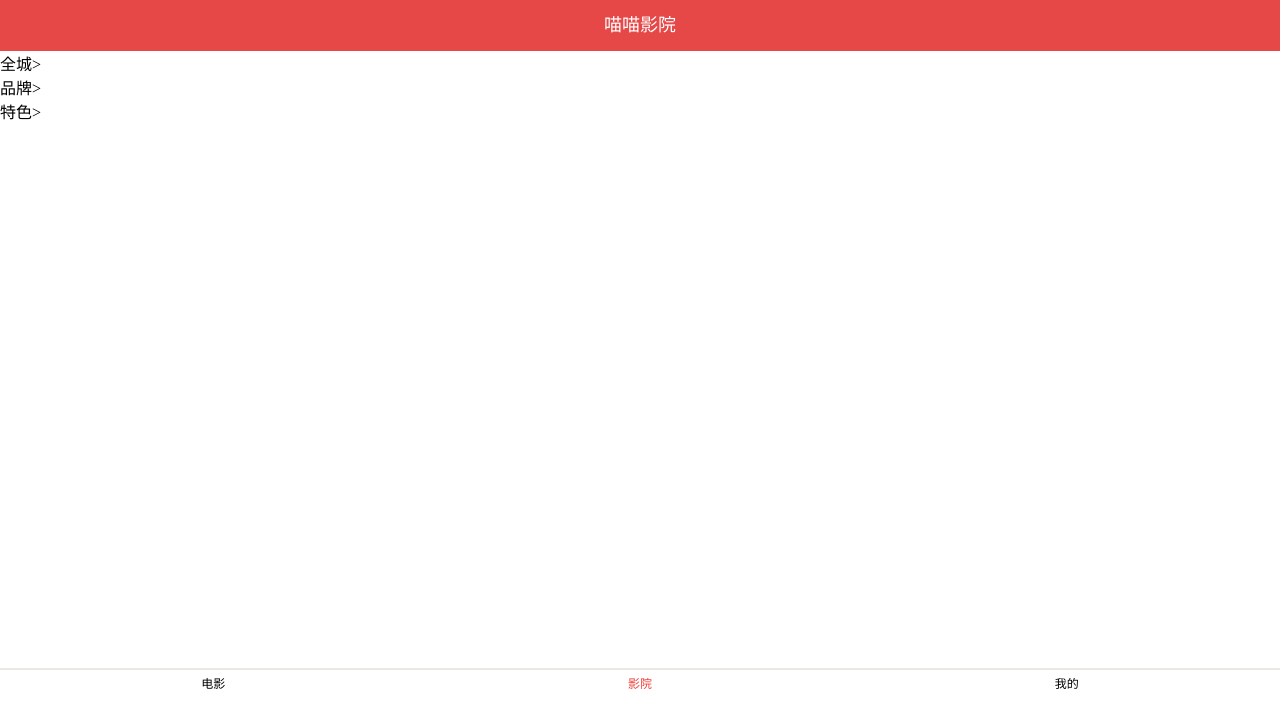
Repository: X-J-0/miaomiao_film
Page: /cinema (app in miaomiao/)
An editor plug-in stored every save of this project. The page is shown before and after the next save, followed by the edit.
The browser window is 1280 px wide. The pictures show the whole page.
The project was rebuilt for these pictures with package versions that can differ from the ones it lists, and the page was loaded fresh each time. Also part of the build but not shown: miaomiao/src/components/Allocate/index.vue. Imported but missing from the stored project, and not drawn on this page: miaomiao/src/components/Brand, miaomiao/src/components/Special.

Above is the page before, as saved 2020-03-24 19:35:49.

### miaomiao/public/index.html
<!DOCTYPE html>
<html lang="en">
  <head>
    <meta charset="utf-8">
    <meta http-equiv="X-UA-Compatible" content="IE=edge">
    <meta name="viewport" content="width=device-width,initial-scale=1.0,user-scalable=no">
    <link rel="icon" href="<%= BASE_URL %>favicon.ico">
    <link rel="stylesheet" href="<%= BASE_URL %>css/common.css">
    <!-- <link rel="stylesheet" href="<%= BASE_URL %>css/common.css"> -->
    <title><%= htmlWebpackPlugin.options.title %></title>
  </head>
  <body>
    <noscript>
      <strong>We're sorry but <%= htmlWebpackPlugin.options.title %> doesn't work properly without JavaScript enabled. Please enable it to continue.</strong>
    </noscript>
    <div id="app"></div>
    <!-- built files will be auto injected -->
  </body>
</html>

### miaomiao/src/App.vue
<template>
    <keep-alive>
        <router-view/>
    </keep-alive>
</template>

<style lang="scss">
</style>

### miaomiao/src/router/index.js
import Vue from 'vue'
import VueRouter from 'vue-router'
import movieRouter from './movie'
import mineRouter from './mine'
import cinemaRouter from './cinema'

Vue.use(VueRouter)


const router = new VueRouter({
  mode: 'history',
  base: process.env.BASE_URL,
  routes: [
    movieRouter,
    mineRouter,
    cinemaRouter,
    {
      path:'/*',
      redirect:'/movie'
    }
  ]
})

export default router

### miaomiao/src/router/movie/index.js
export default {
    path:'/movie',
    component : () => import('@/views/Movie'),
    children:[
        {
            path:'city',
            component:()=>import('@/components/City')
        },
        {
            path:'nowPlaying',
            component:()=>import('@/components/NowPlaying')
        },
        {
            path:'comingSoon',
            component:()=>import('@/components/ComingSoon')
        },
        {
            path:'search',
            component:()=>import('@/components/Search')
        },
        {
            path:'/movie',
            redirect:'/movie/nowPlaying'
        }
    ]
}

### miaomiao/src/router/mine/index.js
export default {
    path:'/mine',
    component : () => import('@/views/Mine'),
    children:[
        {
            path:'center',
            component:()=>import('@/views/Mine/center.vue')
        },
        {
            path:'login',
            component:()=>import('@/components/Login')
        },
        {
            path:'register',
            component:()=>import('@/components/Register')
        },
        {
            path:'findPassword',
            component:()=>import('@/components/FindPassword')
        },
        {
            path:'/mine',
            redirect:'center'
        }
    ]
}

### miaomiao/src/router/cinema/index.js
export default {
    path:'/cinema',
    component : () => import('@/views/Cinema'),
    children:[
        {
            path:'allocate',
            component:()=>import('@/components/Allocate')
        },
        {
            path:'brand',
            component:()=>import('@/components/Brand')
        },
        {
            path:'special',
            component:()=>import('@/components/Special')
        },
        {
            path:'/cinema',
            redirect:'/cinema/allocate'
        }
    ]
}

### miaomiao/src/views/Cinema/index.vue
<template>
    <div id="main">
        <Header title="喵喵影院" />
        <div id="content">
          <div class="cinema_menu">
            <div class="city_switch">
              全城>
            </div>
            <div class="brand_switch">
              品牌>
            </div>
            <div class="feature_switch">
              特色>
            </div>
          </div>
        </div>
        <TabBar />
    </div>
</template>

<script>

import Header from '@/components/Header';
import TabBar from '@/components/TabBar';
import Clist from '@/components/Clist';
export default {
  name:'Cinema',
    components : {
    Header,
    TabBar,
    Clist
  },
  data(){
   return {

   }
  }
}
</script>

<style scoped>

</style>

### miaomiao/src/components/Header/index.vue
<template>
    <header id="header">
        <h1>{{title}}</h1>
    </header>
</template>

<script>
export default {
  name:'Header',
  props:{
      title:{
          type:String,
          default:'喵喵电影'
      }
  }
}
</script>

<style scoped>
#header{width:100%;height:50px;color:#fff;background-color: #e54847;border-bottom:1px solid #e54847;position: relative;}
#header h1{font-size:18px;text-align: center;line-height: 50px; font-weight: normal;}
#header i{position:absolute;left:5px;top:50%;margin-top:-13px;font-size:26px;}
</style>

### miaomiao/src/components/TabBar/index.vue
<template>
    <footer id="footer">
        <ul>
            <router-link tag="li" to="/movie">
                <!-- <i class="iconfont icon-dianying"></i> -->
                <p>电影</p>
            </router-link>
            <router-link tag="li" to="/cinema">
                <!-- <i class="iconfont icon-yingyuan"></i> -->
                <p>影院</p>
            </router-link>
            <router-link tag="li" to="/mine">
                <!-- <i class="iconfont icon-dianying"></i> -->
                <p>我的</p>
            </router-link>
        </ul>
    </footer>
</template>

<script>
export default {
  name:'Footer',
  data(){
   return {

   }
  }
}
</script>

<style scoped>
#footer{width:100%; height:50px;background-color: #fff;border-top:2px #ebe8e3 solid;position:fixed;left:0;bottom:0;}
#footer ul{display:flex;text-align: center;height:50px;align-items:center;}
#footer ul li{flex:1;height:40px;}
#footer ul li.active{color:#f03d37;}
#footer ul li.router-link-active{color:#f03d37;}
#footer ul i{font-size:20px;}
#footer ul p{font-size:12px;line-height:18px;}
</style>

### miaomiao/public/css/common.css
*{ margin : 0; padding : 0;}
ul,li{ list-style: none}
img{ display: block}
html, body{ height:100%}
.clearfix:after{ content:""; display:block; clear:both}
#main{ height: 100%; display: flex; flex-direction: column;}
#content{ flex:1; overflow:auto; margin-bottom: 50px;position: relative;display: flex;flex-direction: column;}

### miaomiao/src/components/Clist/index.vue
<template>
<div class="cinema_body">
    <ul>
        <li>
            <div>
                <span>大地影院（敖东世纪店）</span>
                <span class="q"><span class="price">22.9</span></span>
            </div>
            <div class="address">
                <span>金州区大连经济技术开发区敖东世纪3层</span>
                <span>1763.5km</span>
            </div>
            <div class="card">
                <div>小吃</div>
                <div>折扣卡</div>
            </div>
        </li>
        <li>
            <div>
                <span>大地影院（敖东世纪店）</span>
                <span class="q"><span class="price">22.9</span></span>
            </div>
            <div class="address">
                <span>金州区大连经济技术开发区敖东世纪3层</span>
                <span>1763.5km</span>
            </div>
            <div class="card">
                <div>小吃</div>
                <div>折扣卡</div>
            </div>
        </li>
        <li>
            <div>
                <span>大地影院（敖东世纪店）</span>
                <span class="q"><span class="price">22.9</span></span>
            </div>
            <div class="address">
                <span>金州区大连经济技术开发区敖东世纪3层</span>
                <span>1763.5km</span>
            </div>
            <div class="card">
                <div>小吃</div>
                <div>折扣卡</div>
            </div>
        </li>
        <li>
            <div>
                <span>大地影院（敖东世纪店）</span>
                <span class="q"><span class="price">22.9</span></span>
            </div>
            <div class="address">
                <span>金州区大连经济技术开发区敖东世纪3层</span>
                <span>1763.5km</span>
            </div>
            <div class="card">
                <div>小吃</div>
                <div>折扣卡</div>
            </div>
        </li>
    </ul>
</div>
</template>

<script>
export default {
  name:'Clist',
  data(){
   return {

   }
  }
}
</script>

<style scoped>
#content .cinema_body{flex:1;overflow:auto;}
.cinema_body ul{padding:20px;}
.cinema_body li{border-bottom:1px solid #e6e6e6;margin-bottom:20px;}
.cinema_body div{margin-bottom:10px;}
.cinema_body .q{font-size:11px;color:#f03d37;}
.cinema_body .price{font-size:18px;}
.cinema_body .address{font-size:13px;color:#666;}
.cinema_body .address span:nth-of-type(2){float:right;}
.cinema_body .card{display:flex;}
.cinema_body .card div{padding:0 3px;height:15px;line-height: 15px;border-radius: 2px;color:#f90;border:1px solid #f90;}
.cinema_body .card div.or{color:#f90;border:1px solid #f90;}
.cinema_body .card div.bl{color:#589daf;border:1px solid #589daf;}
</style>

Loaded but not shown: miaomiao/src/main.js (common file); miaomiao/src/store/index.js (common file)

After the next save:
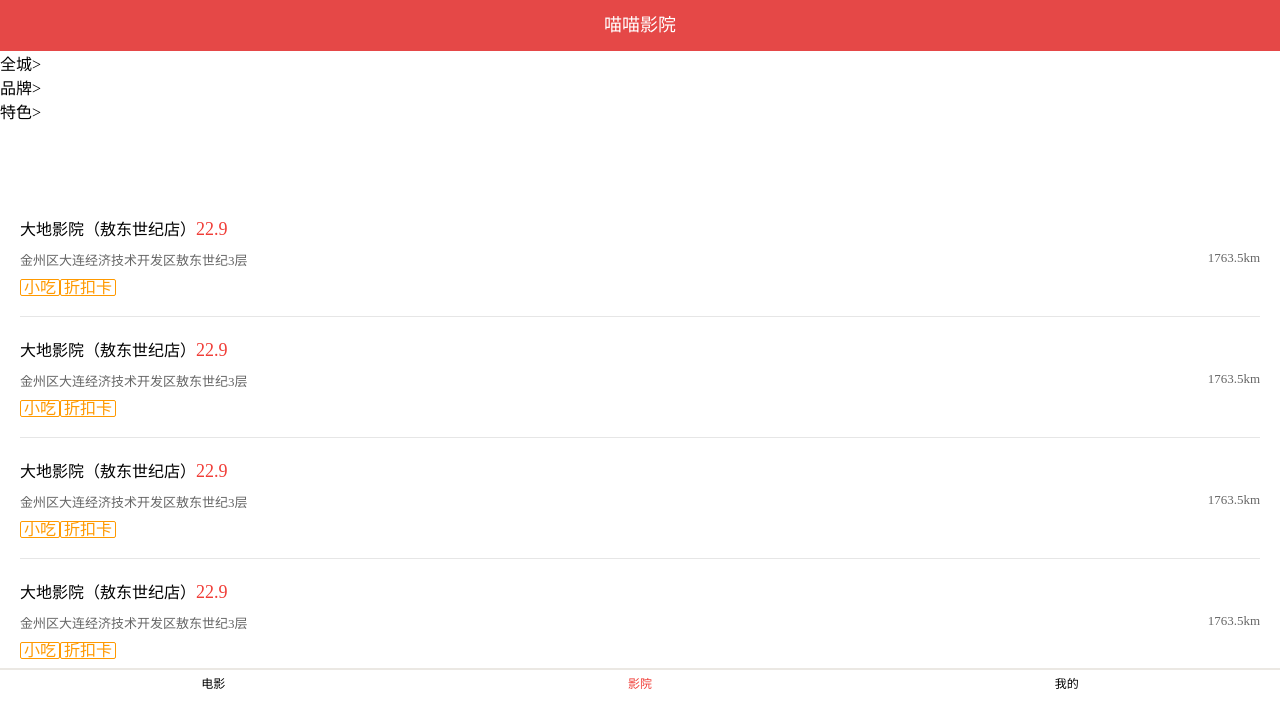
Saved 96 s later.
--- a/miaomiao/src/views/Cinema/index.vue
+++ b/miaomiao/src/views/Cinema/index.vue
@@ -14,6 +14,7 @@
             </div>
           </div>
         </div>
+        <Clist/>
         <TabBar />
     </div>
 </template>
